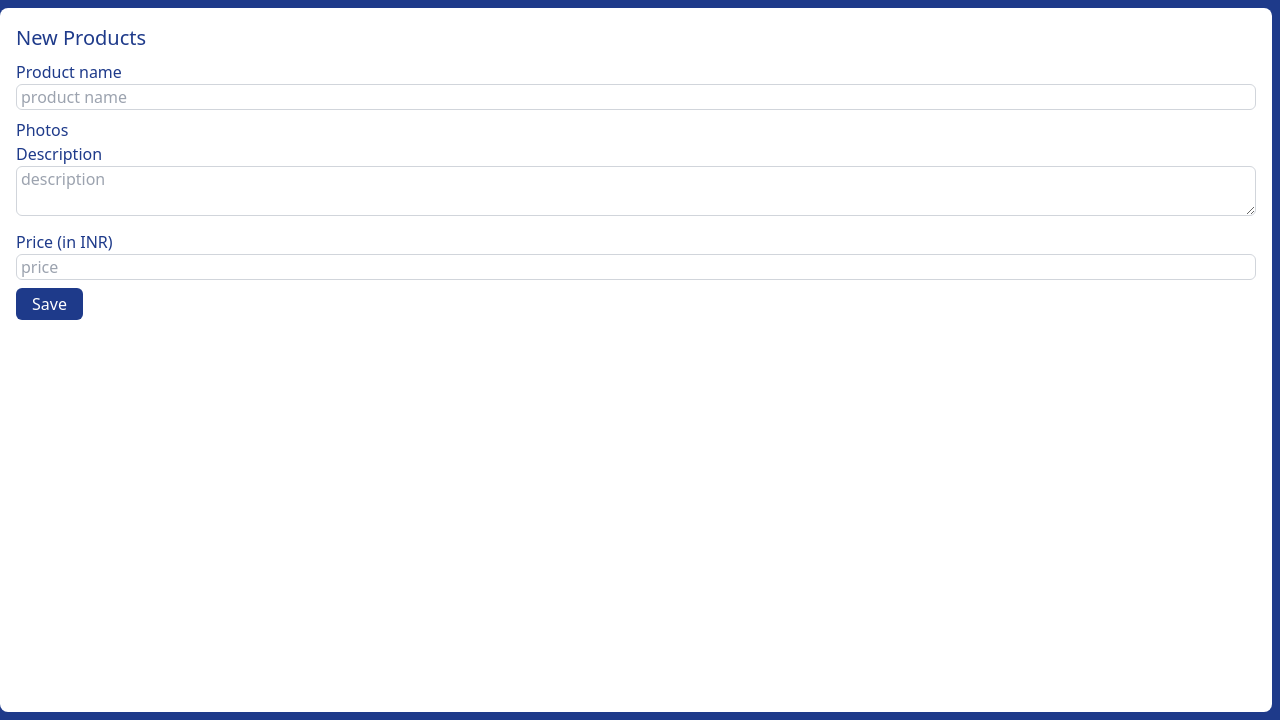
Repository: xoshiraghavx/CRUDS
Page: /products/new
An editor plug-in stored every save of this project. The page is shown before and after a run of saves, followed by the edit.
The browser window is 1280 px wide. The pictures show the whole page.
The page's requests for data from a server got no answer. The project was rebuilt for these pictures with package versions that can differ from the ones it lists, and the page was loaded fresh each time. The framework's server and built-in components were replaced by stand-ins that run in the browser. No one was signed in, and anything a server would have sent is missing. Also part of the build but not shown: next.config.mjs.

Above is the page before, as saved 2024-04-02 18:30:52.

After the next 2 saves:
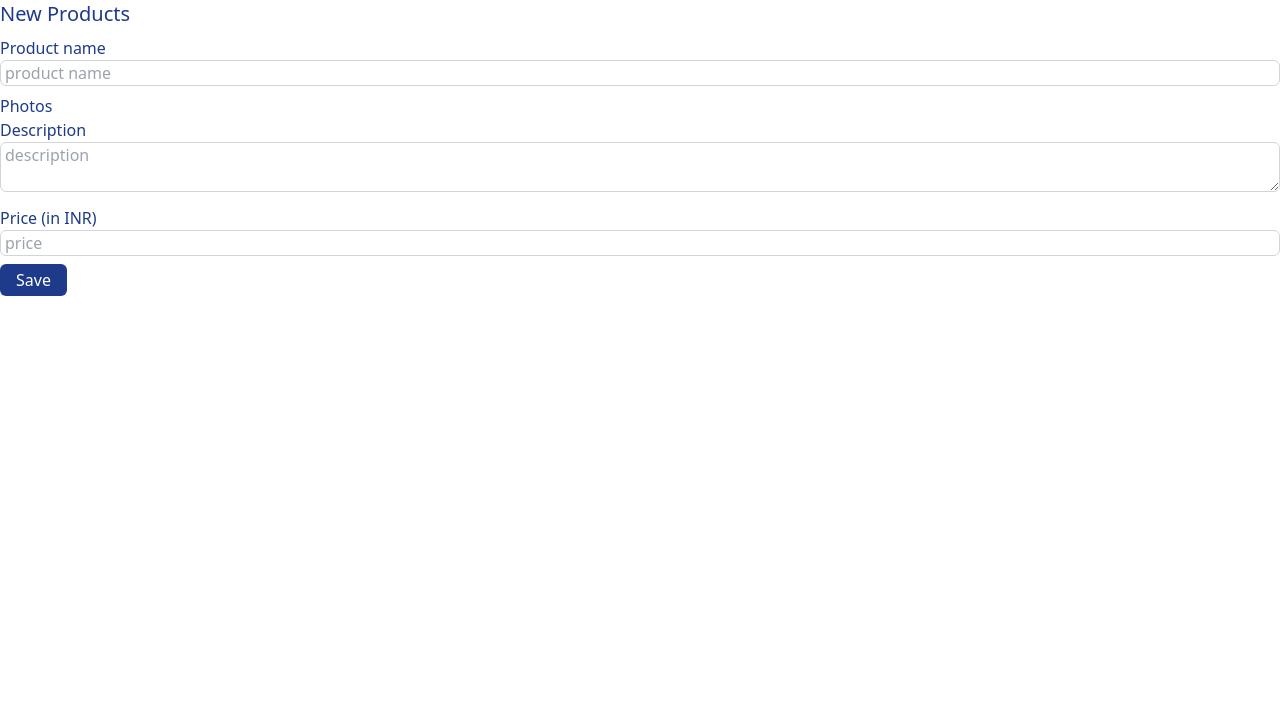
The 2 saves are shown as one change because they came seconds apart.
The last was saved 39 s later.
--- a/pages/products/new.js
+++ b/pages/products/new.js
@@ -1,12 +1,11 @@
-import Layout from "@/components/Layout";
 import ProductForm from "@/components/ProductForm";
 
 export default function NewProduct(){
 
     return(
-        <Layout>
+        <>
             <h1> New Products</h1>
             <ProductForm/>
-        </Layout>
+        </>
     )
 }
